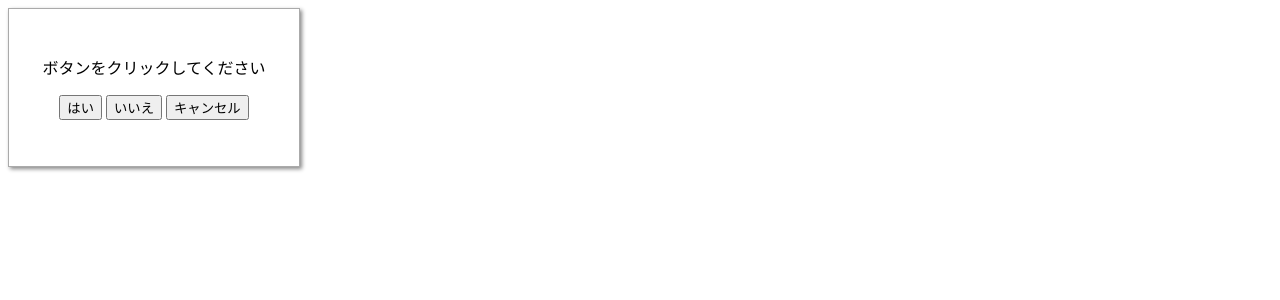
Repository: kazyakuma/Samurai_JS
Page: javascript/practice10-3.html
The author's editor kept a record of every edit. The page is drawn from the files as they stood at one moment, then again after the next edit.
The browser window is 1280 px wide. The pictures show the whole page.
After loading, the first visible `input` was clicked once.

Above is the page before.

### javascript/practice10-3.html
<!DOCTYPE html>
<html lang="ja">
<head>
    <meta charset="UTF-8">
    <title>Document</title>
    <style>
        #dialog{
            width: 250px;
            padding: 30px 20px;
            text-align: center;
            border: 1px solid #aaa;
            box-shadow: 2px 2px 4px #888;
        }
    </style>
</head>
<body>
    <form id = "dialog" name = "dialog">
        <p>ボタンをクリックしてください</p>
        <input type = "button" name = "yes" value = "はい">
        <input type = "button" name = "no" value = "いいえ">
        <input type = "button" name = "cancel" value = "キャンセル">
        <p id = "view"></p>
    </form>

    <script>
        const form = document.forms.dialog;

        form.yes.addEventListener("click", () => {
           console.log("「はい」がクリックされました");
        });
        form.no.addEventListener("click", () => {
           console.log("「いいえ」がクリックされました");
        });
        form.cancel.addEventListener("click", () => {
           console.log("「キャンセル」がクリックされました");
        });
    </script>
</body>
</html>

After the next edit:
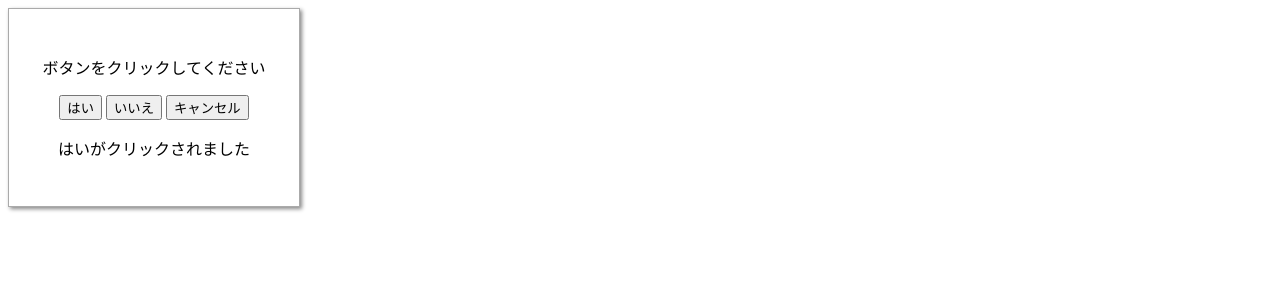
The edit:
--- a/javascript/practice10-3.html
+++ b/javascript/practice10-3.html
@@ -27,6 +27,7 @@
 
         form.yes.addEventListener("click", () => {
            console.log("「はい」がクリックされました");
+           document.getElementById("view").textContent = "はいがクリックされました";
         });
         form.no.addEventListener("click", () => {
            console.log("「いいえ」がクリックされました");
